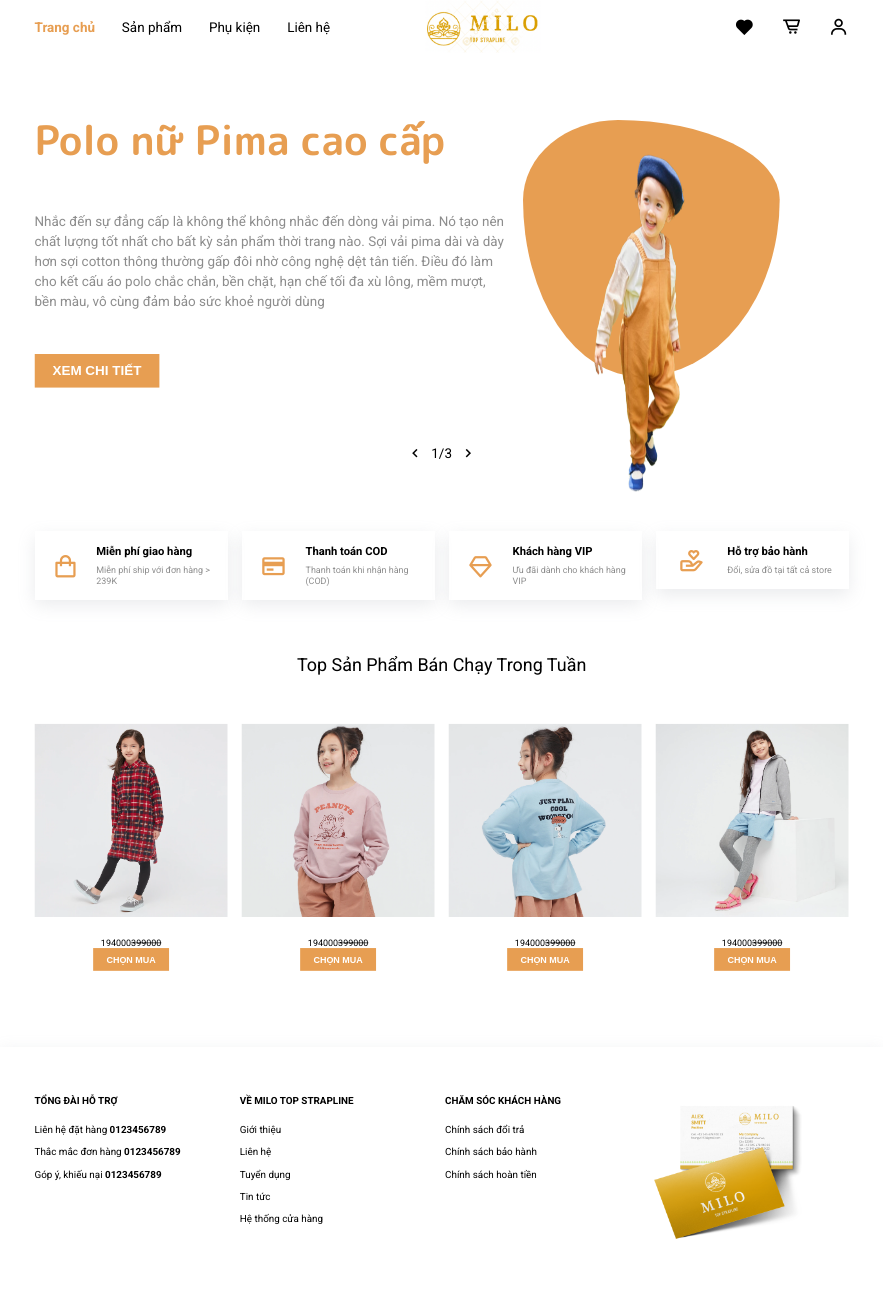
Repository: QuyHoang99k/shop
Page: /
These files come from the project's save history. The page is drawn as it stood at one moment and after the next save; the edit follows.
The browser window is 1280 px wide. The pictures show the whole page, at 69% of full size.
The project was rebuilt for these pictures with package versions that can differ from the ones it lists, and the page was loaded fresh each time. Also part of the build but not shown: src/pages/Catalog.jsx, src/pages/Cart.jsx, src/pages/Product.jsx.

Above is the page before, as saved 2021-10-19 11:00:48.

### src/sass/index.scss
@import "./_variables.scss";
@import "./mixins";
@import "./_base.scss";

@import "./components/header";
@import "./components/footer";
@import "./components/hero-slider";
@import "./components/button";
@import "./components/section";
@import "./components/policy-card";
@import "./components/product-card";

### src/components/Layout.jsx
import React from 'react'

import { BrowserRouter, Route } from 'react-router-dom'

import Header from './Header'
import Footer from './Footer'

import Routes from '../routes/Routes'

const Layout = () => {
    return (
        <BrowserRouter>
            <Route render={props => (
                <div>
                    <Header {...props}/>
                    <div className="container">
                        <div className="main">
                            <Routes/>
                        </div>
                    </div>
                    <Footer/>
                </div>
            )}/>
        </BrowserRouter>
    )
}

export default Layout

### src/sass/_variables.scss
$main-bg: #fff;
$main-color: #E79E52;

$txt-main-color: #000;
$txt-second-color:#8d8d8d;
$txt-white:#fff;

$btn-main-bg: $main-color;
$btn-main-color:#fff;

$header-height:80px;
$header-tablet-height:70px;
$header-mobile-height:40px;
$header-shrink-height:70px;

$box-shadow: rgba(149,157,165,0.2) 0px 8px 24px;

$colors:(
  "blue":#E79E52,
  "orange":#E0D3E9,
  "pink":#C19D71,
  "white":#fff,
  "black":#000,
  "main":$main-color

);
$mobile-width: 600px;
$tablet-width:1024px;

$numbers: (0,1,2,3,4,5,6,7,8);

### src/sass/_mixins.scss
@mixin flex ($align-item, $justify-content) {
    display: flex;
    align-items: $align-item;
    justify-content: $justify-content;
}
@mixin mobile {
    @media only screen and (max-width: $mobile-width){
        @content;
    }
}
@mixin tablet {
    @media only screen and (max-width: $tablet-width){
        @content;
    }
}

### src/sass/_base.scss
@import url("https://fonts.googleapis.com/css2?family=M+PLUS+Rounded+1c:wght@100;300;400;500;700;800;900&family=Roboto:ital,wght@0,100;0,300;0,400;0,500;0,700;0,900;1,100;1,300;1,400;1,500;1,700;1,900&display=swap");

@import url("https://fonts.googleapis.com/css2?family=M+PLUS+Rounded+1c:wght@100;300;400;500;700;800;900&family=Roboto:ital,wght@0,100;0,300;0,400;0,500;0,700;0,900;1,100;1,300;1,400;1,500;1,700;1,900&display=swap");

* {
    padding: 0;
    margin: 0;
    box-sizing: border-box;
    -webkit-tap-highlight-color: transparent;
    user-select: none;
}

html {
    font-size: 13px;
}

body {
    font-family: "Roboto", sans-serif;
}

ul {
    list-style-type: none;
}

a {
    text-decoration: none;
    color: unset;
}

a:hover {
    color: $main-color;
}

img {
    max-width: 100%;
}

@each $color, $val in $colors {
    .color-#{$color} {
        color: $val;
    }

    .bg-#{$color} {
        background-color: $val;
    }
}

@each $val in $numbers {
    .grid-col-#{$val} {
        grid-template-columns: repeat($val, 1fr);
    }
}

@each $val in $numbers {
    .grid-col-md-#{$val} {
        @include tablet {
            grid-template-columns: repeat($val, 1fr);
        }
    }
}

@each $val in $numbers {
    .grid-col-sm-#{$val} {
        @include mobile {
            grid-template-columns: repeat($val, 1fr);
        }
    }
}

.container {
    width: 100%;
    max-width: 1620px;
    padding: 0 50px;
    margin: auto;

    @include tablet {
        padding: 0 20px;
    }

    @include mobile {
        padding: 0 10px;
    }
}

.main {
    margin-top: $header-height;
    margin-bottom: 2rem;
    min-height: 100vh;

    @include tablet {
        margin-top: calc(#{$header-tablet-height} + 20px);
    }

    @include mobile {
        margin-top: calc(#{$header-mobile-height} + 10px);
    }
}

.grid {
    display: grid;
}

### src/sass/components/_header.scss
.header {
    background-color: $main-bg;
    position: fixed;
    top: 0;
    left: 0;
    width: 100%;
    z-index: 100;
    height: $header-height;
    transition: height 0.3s ease;

    @include tablet {
        height: $header-tablet-height;
        box-shadow: $box-shadow;
    }

    @include mobile {
        height: $header-mobile-height;
    }

    .container {
        height: 100%;
    }

    &.shrink {
        height: $header-shrink-height;
        box-shadow: $box-shadow;
        z-index: 100;

        @include mobile {
            height: $header-mobile-height;
        }
    }

    &__logo {
        @include flex(center, center);
        position: absolute;
        inset: 0;
        pointer-events: none;

        img {
            height: 75px;
            margin-left: 120px;
            @include tablet {
                height: 50px;
            }
            @include mobile {
                height: 38px;
                margin-left: 0px;
            }
        }
    }

    &__menu {
        @include flex(center, space-between);
        height: 100%;
        font-size: 1.5rem;

        &__item ~ &__item {
            margin-left: 39px;

            @include tablet {
                margin-left: 20px;
            }

            @include mobile {
                margin-left: 10px;
            }
        }

        &__item.active {
            font-weight: 600;
            color: $main-color;
        }

        &__item:hover {
            color: $main-color;
        }

        &__left,
        &__right {
            @include flex(center, center);
            height: 100%;
        }

        &__right {
            font-size: 2.25rem;

            &__item {
                @include flex(center, center);

                @include tablet {
                    margin-left: 10px;
                }
            }

            @include mobile {
                font-size: 1.5rem;
            }
        }

        &__left {
            &__close {
                display: none;
            }

            @include tablet {
                flex-direction: column;
                background-color: $main-bg;
                position: absolute;
                left: 0;
                top: 0;
                width: 100%;
                height: 100vh;
                justify-content: flex-start;
                padding-top: 30px;
                transform: translateX(-100%);
                transition: transform 0.5s ease;

                &.active {
                    transform: translateX(0);
                }

                &__item ~ &__item {
                    margin-left: unset;
                    margin-top: 20px;
                }

                &__close {
                    display: block;
                    position: absolute;
                    left: 20px;
                    font-size: 2.5rem;
                }
            }
        }

        &__mobile-toggle {
            display: none;

            @include tablet {
                display: block;
                font-size: 2.5rem;
            }
        }
    }
}

### src/sass/components/_footer.scss
.footer{
    padding: 70px 0;
    box-shadow: $box-shadow;
    font-size: 1.1rem;
    &__logo{
        height: 220px;
        width: 220px;
    }

    &__about{
        p{
            margin-bottom: 2rem;
        }
    }
    &__title{
        text-transform: uppercase;
        margin-bottom: 2rem;
        font-weight: 600;
    }
    &__content {
        p {
            margin-bottom: 1.25rem;
        }
    }
}

### src/sass/components/_button.scss
.btn {
    border: 0;
    outline: 0;
    color: $btn-main-color;
    font-size: 1.5rem;
    font-weight: 600;
    text-transform: uppercase;
    cursor: pointer;
    overflow: hidden;
    position: relative;

    @include mobile {
        font-size: 1rem;
    }

    &__txt,
    &__icon {
        display: block;
        transition: transform 0.5s ease;
    }

    &__txt {
        padding: 1rem 2rem;
    }

    &__icon {
        @include flex(center, center);
        font-size: 2rem;
        position: absolute;
        left: 0;
        top: 0;
        height: 100%;
        width: 100%;
        transform: translateX(-100%);
    }

    &-animate:hover &__txt {
        transform: translateX(100%);
    }

    &-animate:hover &__icon {
        transform: translateX(0);
    }

    &-sm {
        font-size: 1rem;
    }

    &-sm &__txt {
        padding: 0.7rem 1.5rem;
    }
}

### src/sass/components/_policy-card.scss
.policy-card{
    @include flex(center,flex-start);
    padding: 20px;
    padding-left: 0;
    box-shadow: $box-shadow;
    transition:  transform 0.5s ease;

    &:hover{
        transform: translateY(-20px);
    }
    &__icon{
        @include flex(center,center);
        width: 40%;
        color: $main-color;
        i{
            font-size: 3rem;
        }
    }
    &__info{
        &__name{
            font-size: 1.25rem;
            font-weight: 600;
            margin-bottom: 10px;
        }
        &__description{
            font-size: 1rem;
            color: $txt-second-color;
        }

    }
}

### src/sass/components/_product-card.scss
.product-card{
    text-align: center;
    margin-bottom: 30px;

    &__image{
        padding-top: 100%;
        position: relative;
        overflow: hidden;
        margin-bottom: 30px;

        img{
            position: absolute;
            top: 0;
            left: 50%;
            transform: translateX(-50%);
            height: 100%;

            &:nth-child(1){
                transform: translateX(-50%) scale(1);
                transition: transform .5s ease;
            }
            &:nth-child(2){
                transform: translateX(-50%) scale(0);
            }
            &:hover &:nth-child(1){
                transform: translateX(-50%) scale(0);
            }
            &:hover &:nth-child(2){
                transform: translateX(-50%) scale(1);
                transition: transform .5s ease;
            }
        }
    }
}

### src/routes/Routes.jsx
/* eslint-disable no-unused-vars */
import React from 'react'
import { Route,Switch } from 'react-router'

import Home from '../pages/Home'
import Catalog from '../pages/Catalog'
import Cart from '../pages/Cart'
import Product from '../pages/Product'



const Routes = () => {
  return (
    <Switch>
      <Route path='/' exact component ={Home}/>
      <Route path='/catalog/:slug' exact component ={Product}/>
      <Route path='/catalog' exact component ={Catalog}/>
      <Route path='/cart' exact component ={Cart}/>
    </Switch>
  )
}

export default Routes

### src/components/Grid.jsx
import React from 'react'
import PropTypes from 'prop-types'

const Grid = props => {

    const style = {
        gap: props.gap ? `${props.gap}px` : '0'
    }

    const col = props.col ? `grid-col-${props.col}` : ''
    const mdCol = props.mdCol ? `grid-col-md-${props.mdCol}` : ''
    const smCol = props.smCol ? `grid-col-sm-${props.smCol}` : ''

    return (
        <div className={`grid ${col} ${mdCol} ${smCol}`} style={style}>
            {props.children}
        </div>
    )
}


Grid.propTypes = {
    col: PropTypes.number.isRequired,
    mdCol: PropTypes.number,
    smCol: PropTypes.number,
    gap: PropTypes.number
}

export default Grid

### src/pages/Home.jsx
import React from 'react'
import { Link } from 'react-router-dom'

import Helmet from '../components/Helmet'
import HeroSlider from '../components/HeroSlider'
import heroSliderData from '../assets/fake-data/hero-slider'
import Section, { SectionBody, SectionTitle } from '../components/Section'
import PolicyCard from '../components/PolicyCard'
import Gird from '../components/Grid'
import ProductCard from '../components/ProductCard'

import policy from '../assets/fake-data/policy'
import productData from '../assets/fake-data/products'

const Home = () => {
  return (
    <Helmet title="Trang chủ">
      {/* slider */}
      <HeroSlider data={heroSliderData}
        control={true}
        // auto={true}
        timeOut={5000}
      />

      {/* end slider */}
      {/* policy section */}
      <Section>
        <SectionBody>
          <Gird
            col={4}
            mdCol={2}
            smCol={1}
            gap={20}
          >
            {
              policy.map((item, index) => <Link to="/policy">
                <PolicyCard
                  key={index}
                  name={item.name}
                  description={item.description}
                  icon={item.icon}
                />
              </Link>)
            }
          </Gird>
        </SectionBody>
      </Section>
      {/* end policy section */}
      {/* best selling section */}
      <Section>
        <SectionTitle>
          Top sản phẩm bán chạy trong tuần
        </SectionTitle>
        <SectionBody>
          <Gird
            col={4}
            mdCol={2}
            smCol={1}
            gap={20}
          >
            {
              productData.getProducts(4).map((item,index)=>(
                <ProductCard
                  key={index}
                  img01={item.image01}
                  img02={item.image02}
                  name={item.name}
                  price={item.price}
                  slug={item.slug}
                />
              ))
            }
          </Gird>
        </SectionBody>
      </Section>
      {/* end best selling section */}
    </Helmet>
  )
}

export default Home

### src/components/Helmet.jsx
import React from 'react'
import PropTypes from 'prop-types'

const Helmet = props => {

    document.title = 'Milo - ' + props.title
    return (
        <div>
            {props.children}
        </div>
    )
}

Helmet.propTypes = {
    title:PropTypes.string.isRequired
}

export default Helmet

### src/components/HeroSlider.jsx
import React, { useEffect, useState, useCallback } from 'react'
import PropTypes from 'prop-types'
import { Link } from 'react-router-dom'

import Button from './Button'

const HeroSlider = props => {

    const data = props.data

    const timeOut = props.timeOut ? props.timeOut : 3000

    const [activeSlide, setActiveSlide] = useState(0);

    const nextSlide = useCallback(
        () => {
            const index = activeSlide + 1 === data.length ? 0 : activeSlide + 1
            setActiveSlide(index)
        },
        [activeSlide, data],
    )

    const prevSlide = () => {
        const index = activeSlide - 1 < 0 ? data.length - 1 : activeSlide - 1
        setActiveSlide(index)
    }

    useEffect(() => {
        if (props.auto) {
            const slideAuto = setInterval(() => {
                nextSlide()
            }, timeOut);
            return () => {
                clearInterval(slideAuto)
            }
        }
    }, [nextSlide, timeOut, props])

    return (
        <div className="hero-slider">
            {
                data.map((item, index) => (
                    <HeroSliderItem key={index} item={item} active={index === activeSlide}/>
                ))
            }
            {
                props.control ? (
                    <div className="hero-slider__control">
                        <div className="hero-slider__control__item" onClick={prevSlide}>
                            <i className="bx bx-chevron-left"></i>
                        </div>
                        <div className="hero-slider__control__item">
                            <div className="index">
                                {activeSlide + 1}/{data.length}
                            </div>
                        </div>
                        <div className="hero-slider__control__item" onClick={nextSlide}>
                            <i className="bx bx-chevron-right"></i>
                        </div>
                    </div>
                ) : null
            }
        </div>
    )
}

HeroSlider.propTypes = {
    data: PropTypes.array.isRequired,
    control: PropTypes.bool,
    auto: PropTypes.bool,
    timeOut: PropTypes.number
}

const HeroSliderItem = props => (
    <div className={`hero-slider__item ${props.active ? 'active' : ''}`}>
        <div className="hero-slider__item__info">
            <div className={`hero-slider__item__info__title color-${props.item.color}`}>
                <span>{props.item.title}</span>
            </div>
            <div className="hero-slider__item__info__description">
                <span>{props.item.description}</span>
            </div>
            <div className="hero-slider__item__info__btn">
                <Link to={props.item.path}>
                    <Button
                        backgroundColor={props.item.color}
                        icon="bx bx-cart"
                        animate={true}
                    >
                        xem chi tiết
                    </Button>
                </Link>
            </div>
        </div>
        <div className="hero-slider__item__image">
            <div className={`shape bg-${props.item.color}`}></div>
            <img src={props.item.img} alt="" />
        </div>
    </div>
)

export default HeroSlider

### src/components/PolicyCard.jsx
import React from 'react'
import PropTypes from 'prop-types'

const PolicyCard = props => {
    return (
        <div className="policy-card">
            <div className="policy-card__icon">
                <i className={props.icon}></i>
            </div>
            <div className="policy-card__info">
                <div className="policy-card__info__name">
                    {props.name}
                </div>
                <div className="policy-card__info__description">
                    {props.description}
                </div>
            </div>
        </div>
    )
}

PolicyCard.propTypes = {
    name: PropTypes.string.isRequired,
    description:PropTypes.string.isRequired,
    icon:PropTypes.string.isRequired
}

export default PolicyCard

### src/components/ProductCard.jsx
import React from 'react'
import PropTypes from 'prop-types'

import { Link } from 'react-router-dom'
import Button from './Button'

const ProductCard = props => {
    return (
        <div className="product-card">
            <Link>
                <div className="product-card__image">
                    <img src={props.img01} alt=""  />
                    <img src={props.img02} alt=""  />
                </div>
                <h3 className="product-card__name" >{props.name}</h3>
                <div className="product-card__price">
                    {props.price}
                    <span className="product-card__price__old">
                        <del>399000</del>
                    </span>
                </div>
            </Link>
            <div className="product-card__btn">
                <Button
                    size="sm"
                    icon="bx bx-cart"
                    animate={true}
                >
                    Chọn mua
                </Button>
            </div>
        </div>
    )
}

ProductCard.propTypes = {
    img01:PropTypes.string.isRequired,
    img02:PropTypes.string.isRequired,
    name:PropTypes.string.isRequired,
    price:PropTypes.number.isRequired,
    slug:PropTypes.string.isRequired,
}

export default ProductCard

### src/components/Button.jsx
import React from 'react'
import PropTypes from 'prop-types'

const Button = props => {

    const bg = props.backgroundColor ? 'bg-' + props.backgroundColor : 'bg-main'

    const size = props.size ? 'btn-' + props.size : ''

    const animate = props.animate ? 'btn-animate' : ''

    return (
        <button
            className={`btn ${bg} ${size} ${animate}`}
            onClick={props.onClick ? () => props.onClick() : null}
        >
            <span className="btn__txt">{props.children}</span>
            {
                props.icon ? (
                    <span className="btn__icon">
                        <i className={`${props.icon} bx-tada`}></i>
                    </span>
                ) : null
            }
        </button>
    )
}

Button.propTypes = {
    backgroundColor: PropTypes.string,
    size: PropTypes.string,
    icon: PropTypes.string,
    animate: PropTypes.bool,
    onclick: PropTypes.func
}

export default Button

Loaded but not shown: public/index.html (common file); src/reportWebVitals.js (common file); src/assets/boxicons-2.0.7/css/boxicons.min.css (library); src/sass/components/_section.scss (common file); src/components/Section.jsx (common file); src/assets/fake-data/policy.js (common file); src/assets/fake-data/products.js (236 lines, source omitted); src/assets/fake-data/hero-slider.js (29 lines, source omitted); src/index.js (22 lines, source omitted); src/sass/components/_hero-slider.scss (210 lines, source omitted); src/components/Footer.jsx (118 lines, source omitted); src/components/Header.jsx (98 lines, source omitted)

After the next save:
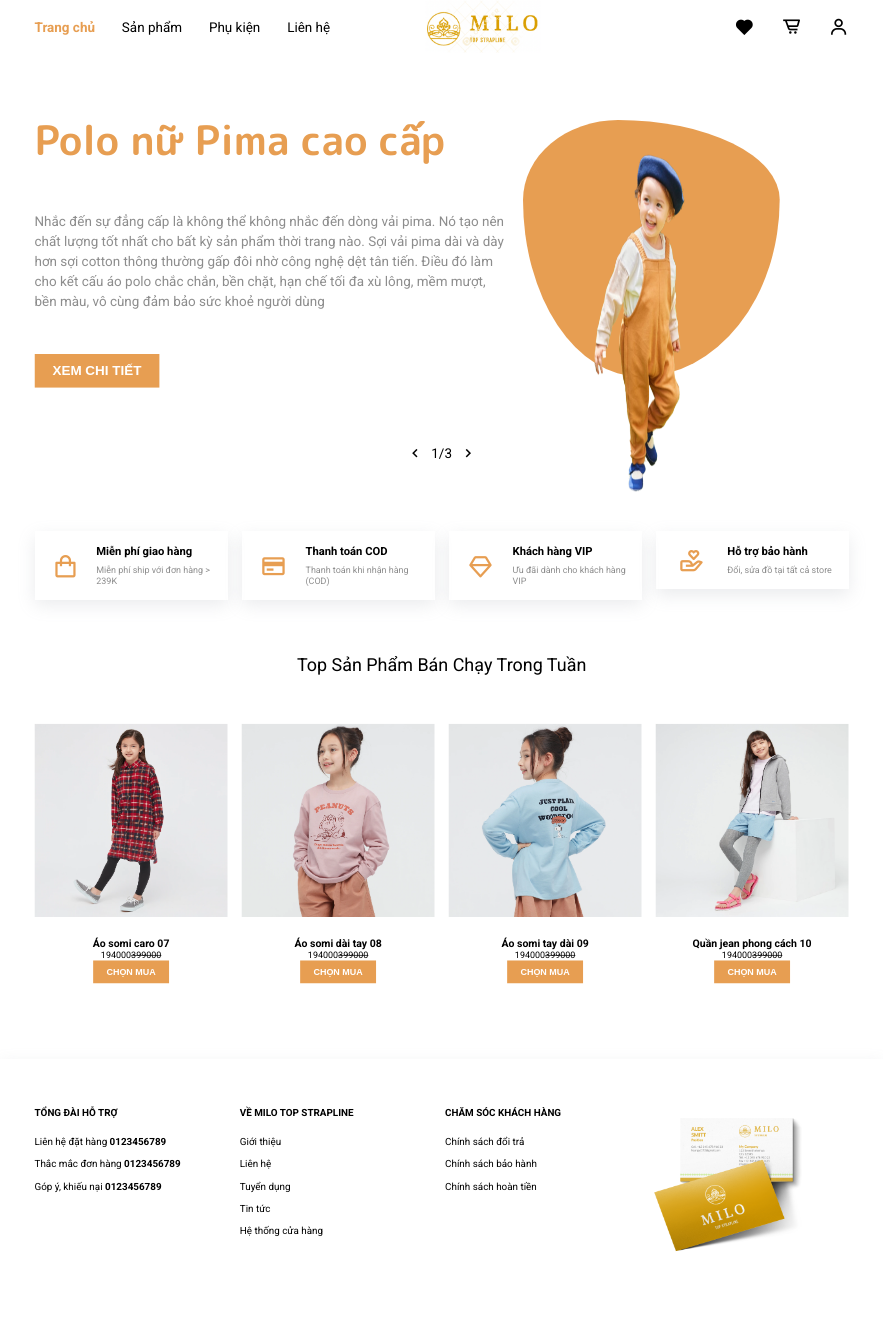
Saved 50 s later.
--- a/src/pages/Home.jsx
+++ b/src/pages/Home.jsx
@@ -64,7 +64,7 @@
                   key={index}
                   img01={item.image01}
                   img02={item.image02}
-                  name={item.name}
+                  name={item.title}
                   price={item.price}
                   slug={item.slug}
                 />
